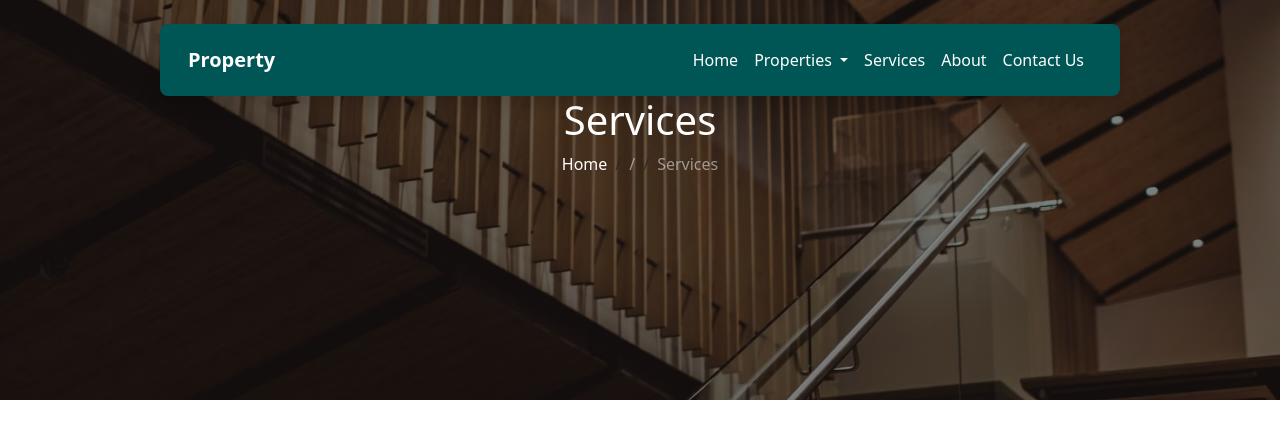
Repository: sameerrrrkhan911-git/Property
Page: service.html
The author's editor kept a copy of each file at every save. The page is drawn from the files as they stood at one save, then again after the next save.
The browser window is 1280 px wide. The pictures show the whole page.
Some web libraries are served in a nearby version.

Above is the page before, as saved 2025-09-28 16:15:10.

### service.html
<!doctype html>
<html lang="en">

<head>
    <meta charset="utf-8">
    <meta name="viewport" content="width=device-width, initial-scale=1">
    <title>Property</title>

    <!--====== LINKS ========-->
    <link href="https://cdn.jsdelivr.net/npm/bootstrap@5.3.8/dist/css/bootstrap.min.css" rel="stylesheet">
    <link
        href="https://fonts.googleapis.com/css2?family=Montserrat:wght@400;600&family=Open+Sans:wght@400;600&display=swap"
        rel="stylesheet">
    <link href="https://unpkg.com/aos@2.3.1/dist/aos.css" rel="stylesheet">
    <link href="https://cdn.jsdelivr.net/npm/remixicon@4.5.0/fonts/remixicon.css" rel="stylesheet">
    <link href="https://cdnjs.cloudflare.com/ajax/libs/tiny-slider/2.9.4/tiny-slider.css" rel="stylesheet">
    <link rel="stylesheet" href="assets/css/style2.css">
    <link rel="stylesheet" href="assets/css/style.css">

</head>

<body>
    <section class="mb-5" id="Right-Step">
        <div class="bg-holder overlay overlay-elixir">
        </div>

        <!-- Navbar -->
        <nav
            class="navbar navbar-expand-lg green-color p-3 mt-4 sticky-top position-absolute top-0 start-50 translate-middle-x w-75 rounded-3 shadow">
            <div class="container-fluid">
                <!-- Brand -->
                <a class="navbar-brand text-white fw-bold" href="#">Property</a>

                <!-- Toggler for Mobile -->
                <button class="navbar-toggler bg-light" type="button">
                    <span class="navbar-toggler-icon"></span>
                </button>

                <!-- Navbar Links -->
                <div class="collapse navbar-collapse" id="navbarNavDropdown">
                    <ul class="navbar-nav ms-auto">
                        <li class="nav-item">
                            <a class="nav-link text-white active" aria-current="page" href="#">Home</a>
                        </li>
                        <li class="nav-item dropdown">
                            <a class="nav-link dropdown-toggle text-white" href="#" role="button"
                                data-bs-toggle="dropdown" aria-expanded="false">
                                Properties
                            </a>
                            <ul class="dropdown-menu">
                                <li><a class="dropdown-item" href="#">Action</a></li>
                                <li><a class="dropdown-item" href="#">Another action</a></li>
                                <li><a class="dropdown-item" href="#">Something else here</a></li>
                            </ul>
                        </li>
                        <li class="nav-item"><a class="nav-link text-white" href="service.html">Services</a></li>
                        <li class="nav-item"><a class="nav-link text-white" href="about.html">About</a></li>
                        <li class="nav-item"><a class="nav-link text-white" href="contact.html">Contact Us</a></li>
                    </ul>
                </div>
            </div>
        </nav>

        <!--/.bg-holder-->
        <div class="forbg py-5">
            <div class="container">

                <div class="row justify-content-center align-items-center">
          <div class="col-lg-9 text-center mt-5">
            <h1 class="heading aos-init aos-animate white" data-aos="fade-up">Services</h1>

            <nav aria-label="breadcrumb" data-aos="fade-up" data-aos-delay="200" class="aos-init aos-animate">
              <ol class="breadcrumb text-center justify-content-center">
                <li class="breadcrumb-item"><a href="index.html" style="color: white;">Home</a></li>
                <li class="breadcrumb-item active text-white-50" aria-current="page">
                  /
                </li>
                <li class="breadcrumb-item active text-white-50" aria-current="page">
                  Services
                </li>
              </ol>
            </nav>
          </div>
        </div>
            </div>
        </div><!-- end of .container-->
    </section>

</body>

</html>

### assets/css/style.css
/* ==============================
   Root Variables
=================================*/
:root {
  --green-color: #005555;
   --heading-color: #2a3855;
}

.green-color {
  background-color: var(--green-color);
}

.green{
  color: var(--green-color);
}

.black{
  color: black;
}

.para{
  text-align: left;
}

.heading-color{
  color: var(--heading-color);
}

.z-9 {
  z-index: 9 !important;
}

.white {
  color: white;
}

.green-line{
   height: 2px;
  width: 120px;
 background-color: var(--green-color);
 margin-bottom: 10px;
}

.black-line{
   height: 2px;
  width: 80px;
 background-color: black;
 margin: 10px auto;
}

.white-bg{
  background-color: white;
}

.fs-6{
  font-size: 5px;
}

.marginn{
  margin-bottom: 30px;
}

.a{
  text-decoration: none;
}


.dark-grey{
  background-color: #cccccc;
}

.text-color{
  color: #909ba6;
}
/* ==============================
Header
=================================*/


/* Hero background */
.hero-header {
  background-image: url("../images/hero_bg_3.jpg") !important;
  background-repeat: no-repeat;
  background-position: center center;
  background-size: cover;
  min-height: 100vh;
  position: relative;
  display: flex;
  align-items: center;
}



/* Overlay */
.hero-header::before {
  content: "";
  position: absolute;
  top: 0;
  left: 0;
  width: 100%;
  height: 100%;
  background: rgba(0, 0, 0, 0.5);
  z-index: 0;
}

/* Keep hero text above overlay */
.hero {
  position: relative;
  z-index: 1;
}

/* White text */
.white {
  color: #fff !important;
}

/* Responsive adjustments */
@media (max-width: 768px) {
  nav.navbar {
    width: 90% !important;
    margin-top: 1rem !important;
    padding: 0.75rem 1rem !important;
  }

  .hero h1 {
    font-size: 1.75rem;
    line-height: 1.3;
  }

  .hero form {
    flex-direction: column !important;
    gap: 0.75rem;
  }

  .hero input {
    width: 100% !important;
  }

  .hero button {
    width: 100% !important;
  }
}

@media (max-width: 576px) {
  .hero h1 {
    font-size: 1.5rem;
  }
}

/* Popular properties */

.property-slider {
  overflow: hidden;
}

.property-item {
  background: #fff;
  border-radius: 8px;
  overflow: hidden;
}

.property-content {
  background: #fff;
  border-radius: 8px;
}

/* Features */

.features-1 {
    padding-top: 30px;
    position: relative;
    z-index: 8;
    text-align: center;
    background-color: rgba(0, 32, 74, 0.05);
}

/* ==========================
   Testimonials Section
========================== */

.sec-testimonials .heading {
  font-size: 2rem;
  font-weight: 700;
}

/* Prev/Next buttons */
#testimonial-nav {
  display: flex;
  gap: 10px;
}

#testimonial-nav span {
  cursor: pointer;
  font-size: 14px;
  color: #002855;
  background: #e9ecef;
  padding: 6px 14px;
  border-radius: 20px;
  transition: all 0.3s ease;
}

#testimonial-nav span:hover {
  background: #002855;
  color: #fff;
}

/* Testimonials layout */
.testimonial-slider {
  display: grid;
  grid-template-columns: repeat(auto-fit, minmax(300px, 1fr));
  gap: 40px;
  margin-top: 30px;
  text-align: center;
}

.testimonial {
  padding: 20px;
}

.testimonial img {
  width: 90px;
  height: 90px;
  object-fit: cover;
  margin-bottom: 15px;
  border: 3px solid #ddd;
}

.testimonial .rate {
  margin: 10px 0;
  font-size: 16px;
  color: #f1c40f;
}

.testimonial h3 {
  margin-bottom: 10px;
  font-size: 1.1rem;
  font-weight: 600;
}

.testimonial blockquote {
  font-style: italic;
  font-size: 0.95rem;
  color: #555;
  margin: 10px 0 15px;
}

.greyy{
  background-color: #efefef;
}

.testimonial p.text-muted {
  font-size: 0.85rem;
  color: #888;
}

.img-fluid {
   max-width: 100%;
    height: auto;
}

/* Call To Action */
.footer-cta {
  background: white ;
  padding: 50px;
}

.footer-cta .btn-primary {
  border-radius: 30px;
  font-size: 1.1rem;
  transition: all 0.3s ease;
}

.footer-cta .btn-primary:hover {
  background: #003f3f;
  transform: translateY(-3px);
  box-shadow: 0 6px 15px rgba(0,0,0,0.2);
}

/* Our Agents */
.section_1{
  background-color: #f8f9fa;
}

/* Agent Card */
.person {
  background: #fff;
  border-radius: 12px;
  padding: 60px 20px 30px;
  text-align: center;
  position: relative;
  box-shadow: 0 4px 20px rgba(0,0,0,0.05);
  transition: all 0.3s ease;
}

.person:hover {
  transform: translateY(-8px);
  box-shadow: 0 12px 30px rgba(0,0,0,0.1);
}

/* Profile Image */
.person img {
  width: 100px;
  height: 100px;
  object-fit: cover;
  border-radius: 50%;
  position: absolute;
  top: -50px;
  left: 50%;
  transform: translateX(-50%);
}

/* Text styling */
.person-contents h2 {
  margin-top: 60px;
  font-size: 1.2rem;
  font-weight: 600;
}

.person-contents .meta {
  font-size: 0.9rem;
  color: #6c757d;
  margin-bottom: 15px;
}

.person-contents p {
  font-size: 0.95rem;
  color: #555;
  margin-bottom: 20px;
}

/* Social icons */
.social a {
  display: inline-flex;
  justify-content: center;
  align-items: center;
  width: 40px;
  height: 40px;
  margin: 0 5px;
  border-radius: 50%;
  background: #002855;
  color: #fff;
  transition: all 0.3s ease;
  text-decoration: none;
}

.social a:hover {
  background: #005555;
}

h2 a {
  color: #000;
  text-decoration: none;
}

.roundd{

  border-radius: 50%;
  text-decoration: none;
  padding: 5px;
}

.font-color{
 color: #163060;
}

.forbg {
    height: 400px;
    background: linear-gradient(to bottom, rgba(0, 0, 0, 0.5), rgba(0, 0, 0, 0.5)), url(../images/hero_bg_1.jpg);
    background-size: cover;
    background-position: center;
}

a{
  text-decoration: none;
}

Loaded but not shown: assets/css/style2.css (library)

After the next save:
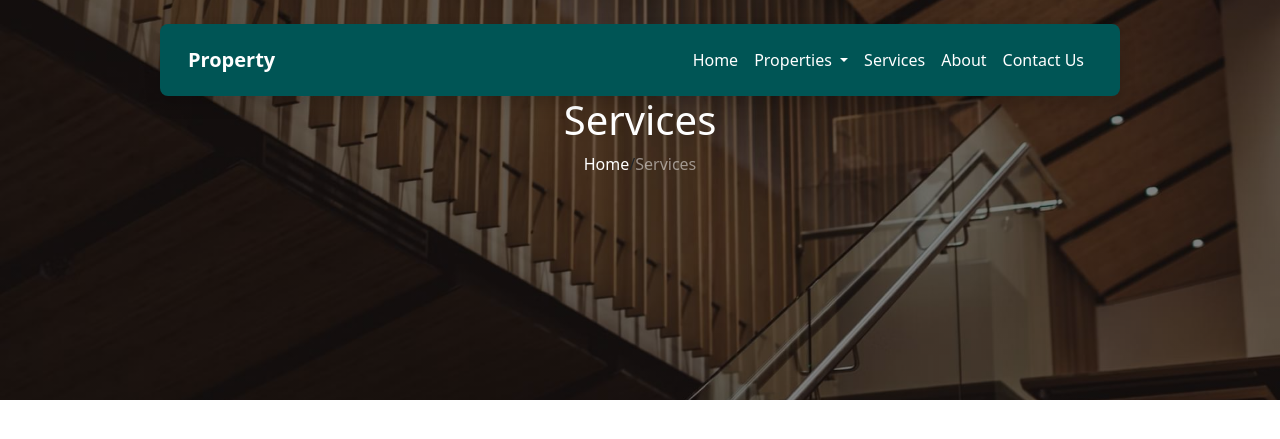
Saved 19 s later.
--- a/service.html
+++ b/service.html
@@ -72,7 +72,7 @@
             <nav aria-label="breadcrumb" data-aos="fade-up" data-aos-delay="200" class="aos-init aos-animate">
               <ol class="breadcrumb text-center justify-content-center">
                 <li class="breadcrumb-item"><a href="index.html" style="color: white;">Home</a></li>
-                <li class="breadcrumb-item active text-white-50" aria-current="page">
+                <li class="" aria-current="page">
                   /
                 </li>
                 <li class="breadcrumb-item active text-white-50" aria-current="page">

After the 2 saves that followed:
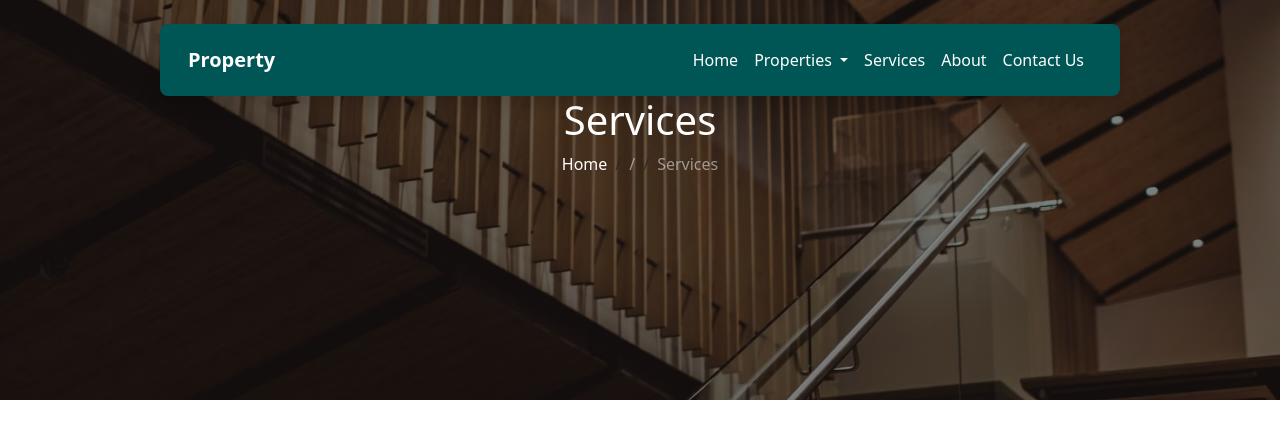
The 2 saves are shown as one change because 1 left the picture as it was.
The last was saved 9 s later.
--- a/service.html
+++ b/service.html
@@ -72,7 +72,7 @@
             <nav aria-label="breadcrumb" data-aos="fade-up" data-aos-delay="200" class="aos-init aos-animate">
               <ol class="breadcrumb text-center justify-content-center">
                 <li class="breadcrumb-item"><a href="index.html" style="color: white;">Home</a></li>
-                <li class="" aria-current="page">
+                <li class="breadcrumb-item active text-white-50" aria-current="page">
                   /
                 </li>
                 <li class="breadcrumb-item active text-white-50" aria-current="page">
